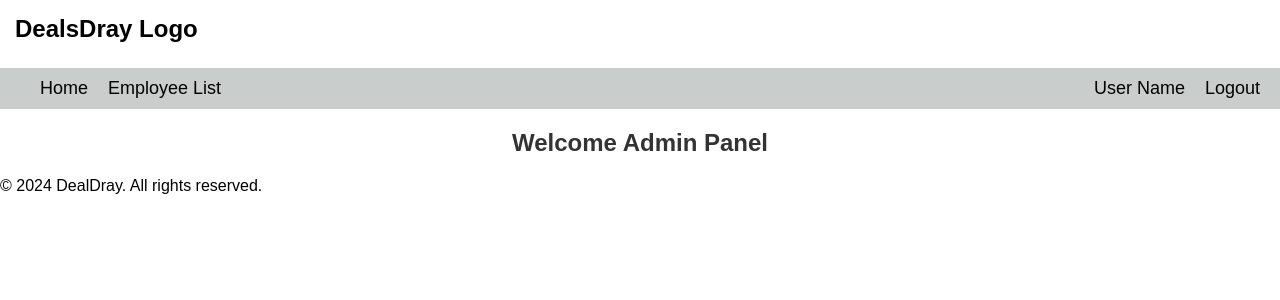
Repository: Mahanandapadavale123/dealsdray
Page: /dashboard (app in frontend/)
These files come from the project's save history. The page is drawn as it stood at one moment and after the next save; the edit follows.
The browser window is 1280 px wide. The pictures show the whole page.
The page's requests for data from a server got no answer. The project was rebuilt for these pictures with package versions that can differ from the ones it lists, and the page was loaded fresh each time. No one was signed in, and anything a server would have sent is missing. Also part of the build but not shown: frontend/src/views/login.jsx, frontend/src/views/EmployeeList.js.

Above is the page before, as saved 2024-09-19 18:39:46.

### frontend/src/App.js
import React, { useState, useEffect } from "react";
import { BrowserRouter as Router, Routes, Route, Navigate } from "react-router-dom";
import axios from "axios";
import Login from "./views/login";
import EmployeeList from "./views/EmployeeList";
import Dashboard from "./views/dashboard.jsx";


function App() {
  const [isLoggedIn, setIsLoggedIn] = useState(false);

  useEffect(() => {
    const checkAuthentication = async () => {
      try {
        const response = await axios.get("http://127.0.0.1:8000/api/v1/users/isAuthenticated", {
          withCredentials: true,  // Ensure cookies are sent with the request
        });
        if (response.data.isAuthenticated) {
          setIsLoggedIn(true);
        } else {
          setIsLoggedIn(false);
        }
      } catch (error) {
        console.log("Error checking authentication:", error);
        setIsLoggedIn(false);  // If error occurs, assume user is not logged in
      }
    };
    checkAuthentication();
  }, []);

  return (
    <Router>
      <Routes>
        <Route
          path="/dashboard"
          element={<Dashboard /> }
        />
         <Route path="/employees" element={<EmployeeList />} />

        {/* <Route
          path="/dashboard"
          element={isLoggedIn ? <Dashboard /> : <Navigate to="/login" />}
        />

        <Route path="/login" element={<Login setIsLoggedIn={setIsLoggedIn} />} />

        <Route path="/" element={<Navigate to={isLoggedIn ? "/dashboard" : "/login"} />} /> */}
      </Routes>
    </Router>
  );
}

export default App;

### frontend/src/views/dashboard.jsx
import React from 'react';
import Header from './layout/header';
import Footer from './layout/footer';
import '../css/dashboard.css';

const Dashboard = () => {
  return (
    <div class="page-container">


      <Header />

      <main class="content">

        <h2 >
          Welcome Admin Panel
        </h2>

      </main>



      <Footer />

    </div>
  );
};

export default Dashboard;

### frontend/src/css/login.module.css
.container {
    display: flex;
    justify-content: center;
    align-items: center;
    height: 100vh;
    background-color: #f0f2f5;
  }

  .formContainer {
    background: #fff;
    padding: 2rem;
    border-radius: 8px;
    box-shadow: 0 4px 8px rgba(0, 0, 0, 0.1);
    width: 100%;
    max-width: 400px;
  }

  h2 {
    margin-bottom: 1rem;
    color: #333;
    text-align: center;
  }

  .form {
    display: flex;
    flex-direction: column;
  }

  .label {
    margin-bottom: 0.5rem;
    font-weight: bold;
  }

  .input {
    margin-bottom: 1rem;
    padding: 0.75rem;
    border: 1px solid #ddd;
    border-radius: 4px;
    font-size: 1rem;
  }

  .button {
    padding: 0.75rem;
    border: none;
    border-radius: 4px;
    background-color: #007bff;
    color: #fff;
    font-size: 1rem;
    cursor: pointer;
    transition: background-color 0.3s;
  }

  .button:hover {
    background-color: #0056b3;
  }

### frontend/src/css/employee.css
/* employee.css */

table {
    width: 100%;
    border-collapse: collapse;
    margin: 20px 0;
    font-size: 16px;
    text-align: center;
    box-shadow: 0 5px 10px rgba(0, 0, 0, 0.15);
  }

  th, td {
    padding: 12px;
    border: 1px solid #ddd;
  }

  th {
    background-color: #4CAF50;
    color: white;
  }

  tr:nth-child(even) {
    background-color: #f2f2f2;
  }

  tr:hover {
    background-color: #f1f1f1;
  }

  img {
    border-radius: 50%;
    width: 50px;
    height: 50px;
  }

  h2 {
    text-align: center;
    color: #333;
    margin-bottom: 20px;
  }

  .page-heading-name{
    display: flex;
    align-items: center;
    justify-content: space-between;
  }
  .create-button{
    background: #4caf50;
    text-decoration: none;
    padding: 8px;
    color: #000;
  }

### frontend/src/views/layout/header.jsx
import React from "react";
import "../../css/navbar.css";

const Header = () => {
  return (
    <>
      <div class="row topbar">
        <div class="logo">DealsDray Logo</div>
      </div>

      <header class="header">
        <nav class="navbar">
          <ul class="nav-links">
            <li>
              <a href="/dashboard">Home</a>
            </li>
            <li>
              <a href="/employees">Employee List</a>
            </li>
          </ul>

          <ul class="nav-links">
            <li>
              <a href="/dashboard">User Name</a>
            </li>
            <li>
              <a href="/employee-list">Logout</a>
            </li>
          </ul>
        </nav>
      </header>
    </>
  );
};

export default Header;

### frontend/src/views/layout/footer.jsx
import React from 'react';
// import './footer.css'; // Import styles for the footer

const Footer = () => {
  return (
    <footer className="footer">
      <p>&copy; 2024 DealDray. All rights reserved.</p>
    </footer>
  );
};

export default Footer;

### frontend/src/css/dashboard.css
/* dashboard.css */

body {
    font-family: Arial, sans-serif;
    margin: 0;
    padding: 0;
  }

  .container {
    width: 100%;
    max-width: 1200px;
    margin: auto;
    padding: 20px;
  }

  header {
   background-color: #9c9a9a;
    margin-bottom: 20px;

  }
  .logo {
    text-align: left;
    font-size: 24px;
    font-weight: bold;
    margin-bottom: 10px;
  }

  h3 {
  display:inline-block;
    color: #333;
  }

  .dashboard-content {
    padding: 20px;
    background-color: #f9f9f9;
    border-radius: 8px;
    box-shadow: 0 2px 5px rgba(0, 0, 0, 0.1);
  }


  @media screen and (max-width: 768px) {
    table, th, td {
      font-size: 14px;
    }
  }

### frontend/src/css/navbar.css
.header {
  background-color: #c9cecc;
  padding: 10px 20px;
  display: flex;
  align-items: center;
  }

  .topbar{
    padding: 15px;
  }
  .navbar {
    display: flex;
    justify-content: space-between;
    width: 100%;
    align-items: center;
  }

  .logo {
    color: #000000;
    font-size: 24px;
    font-weight: bold;
  }

  .nav-links {
    list-style: none;
    display: flex;
    margin: 0;
    padding: 0;
  }

  .nav-links li {
    margin-left: 20px;
  }

  .nav-links li a {
    color: #000000;
    text-decoration: none;
    font-size: 18px;
    transition: color 0.3s;
  }

  .nav-links li a:hover {
    color: #f0a500;
  }

Loaded but not shown: frontend/public/index.html (common file); frontend/src/index.js (common file); frontend/src/reportWebVitals.js (common file)

After the next save:
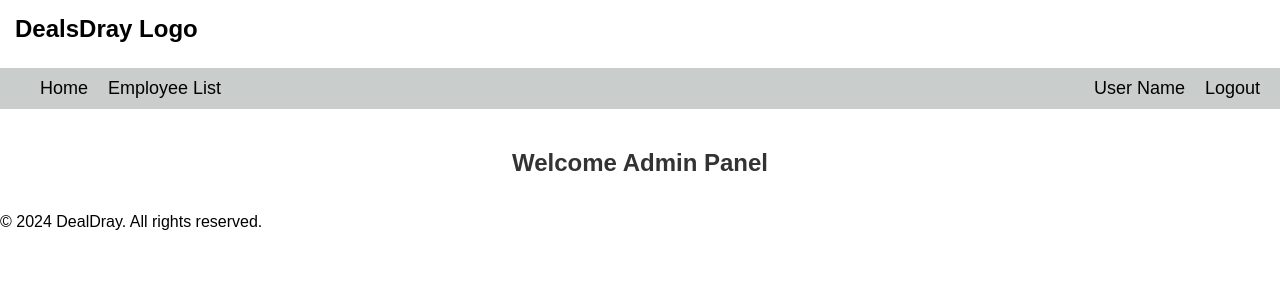
Saved 119 s later.
--- a/frontend/src/css/dashboard.css
+++ b/frontend/src/css/dashboard.css
@@ -37,6 +37,11 @@ body {
     box-shadow: 0 2px 5px rgba(0, 0, 0, 0.1);
   }
 
+  .page-container {
+    height: 60vh; /* Set the height to 60% of the viewport height */
+    display: flex;
+    flex-direction: column;
+  }
 
   @media screen and (max-width: 768px) {
     table, th, td {
